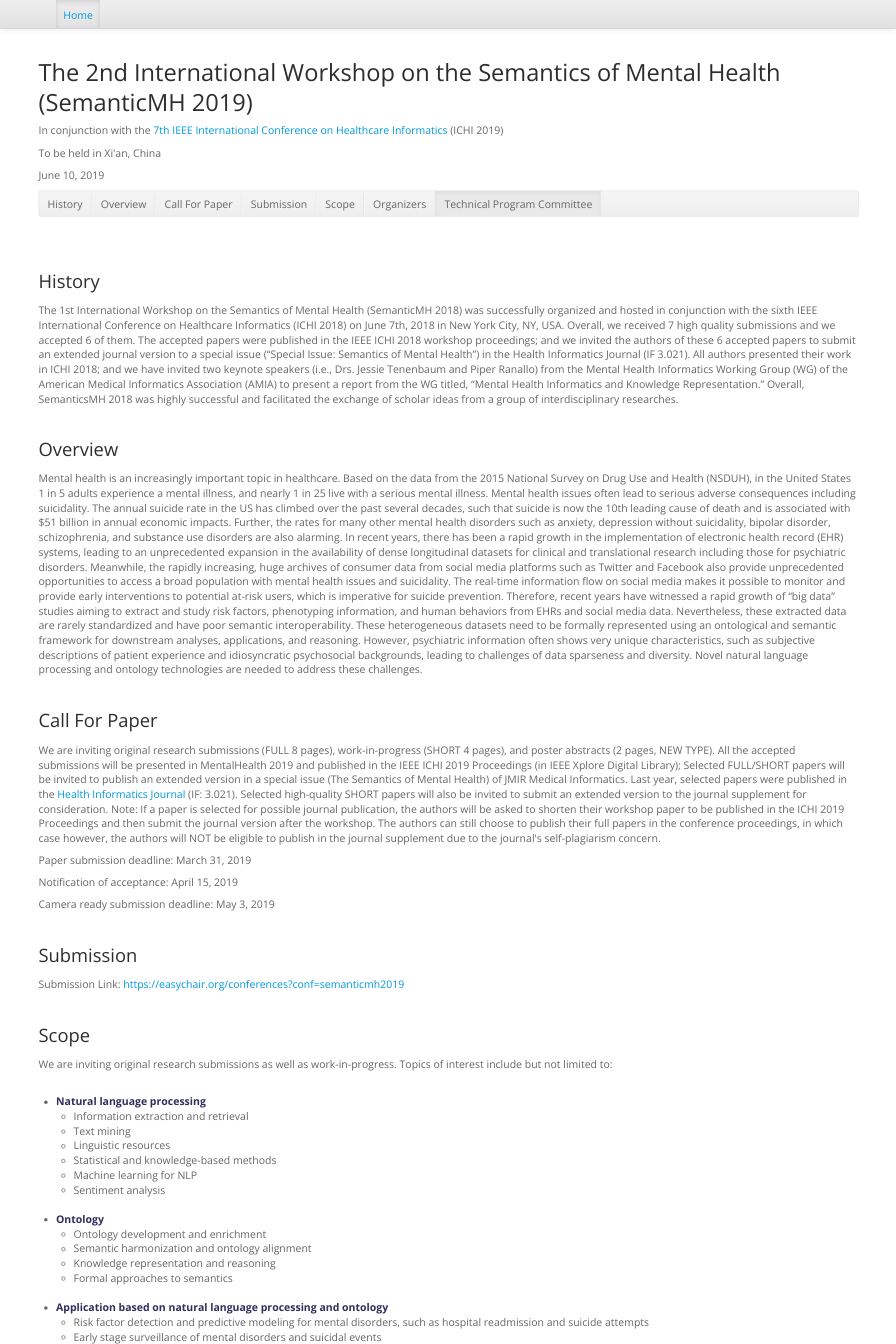
Repository: bianjiang/semantics-powered.org
Page: SemanticMH-2019/index.html
These files come from the project's save history. The page is drawn as it stood at one moment and after the next save; the edit follows.
The browser window is 1280 px wide. The pictures show the part of the page from y = 0 to 1920 px (the page is 3041 px tall), at 70% of full size.
Some web libraries are served in a nearby version.

Above is the page before, as saved 2019-11-06 13:59:49.
Console error (its wording comes from the project's code and is left out).

### SemanticMH-2019/index.html
<!DOCTYPE html>
<!--[if lt IE 7]>      <html class="no-js lt-ie9 lt-ie8 lt-ie7"> <![endif]-->
<!--[if IE 7]>         <html class="no-js lt-ie9 lt-ie8"> <![endif]-->
<!--[if IE 8]>         <html class="no-js lt-ie9"> <![endif]-->
<!--[if gt IE 8]><!-->
<html class="no-js">
<!--<![endif]-->

<head>
  <meta charset="utf-8">
  <meta http-equiv="X-UA-Compatible" content="IE=edge,chrome=1">
  <title></title>
  <meta name="description" content="">
  <meta name="viewport" content="width=device-width">

  <link rel="stylesheet" href="css/bootstrap.min.css">
  <style>
    body {
      padding-top: 60px;
      padding-bottom: 40px;
    }
  </style>
  <link rel="stylesheet" href="css/bootstrap-responsive.min.css">
  <link rel="stylesheet" href="css/main.css">

  <script src="js/vendor/modernizr-2.6.2-respond-1.1.0.min.js"></script>
</head>

<body class="preview" id="top" data-spy="scroll" data-target=".subnav" data-offset="80">
  <!--[if lt IE 7]>
            <p class="chromeframe">You are using an <strong>outdated</strong> browser. Please <a href="http://browsehappy.com/">upgrade your browser</a> or <a href="http://www.google.com/chromeframe/?redirect=true">activate Google Chrome Frame</a> to improve your experience.</p>
        <![endif]-->

  <!-- This code is taken from http://twitter.github.com/bootstrap/examples/hero.html -->

  <div class="navbar navbar-fixed-top">
    <div class="navbar-inner">
      <div class="container">

        <a class="btn btn-navbar" data-toggle="collapse" data-target=".nav-collapse">
                        <span class="icon-bar"></span>
                        <span class="icon-bar"></span>
                        <span class="icon-bar"></span>
                    </a>
        <a class="brand" href="#">&nbsp;</a>
        <div class="nav-collapse collapse">
          <ul class="nav">
            <li class="active"><a href="#">Home</a></li>
            <!--
                            <li><a href="#aboutxx">About</a></li>
                            <li><a href="#contact">Contact</a></li>
                            -->
          </ul>
        </div>

      </div>

    </div>
  </div>

  <div class="container">

    <!-- Main hero unit for a primary marketing message or call to action -->
    <!--
            <div class="hero-unit">
                <h1>Hello, world!</h1>
                <p>This is a template for a simple marketing or informational website. It includes a large callout called the hero unit and three supporting pieces of content. Use it as a starting point to create something more unique.</p>
                <p><a class="btn btn-primary btn-large">Learn more &raquo;</a></p>
            </div>
            -->
    <!-- Masthead
================================================== -->
    <header class="jumbotron subhead" id="overview">
      <div class="row">
        <div class="span12">
          <br/>
          <h2>The 2nd International Workshop on the Semantics of Mental Health (SemanticMH 2019)</h2>
          <p>In conjunction with the <a href="http://www.ieee-ichi.org/" target="_blank">7th IEEE International Conference on Healthcare Informatics</a> (ICHI 2019)</p>
          <p>To be held in Xi'an, China</p>
          <p>June 10, 2019</p>
        </div>
        <div class="span6">
          <!--
      <div class="bsa well">
          <div id="bsap_1277971" class="bsarocks bsap_c466df00a3cd5ee8568b5c4983b6bb19"></div>
      </div>
    -->
        </div>
      </div>
      <div class="subnav">
        <ul class="nav nav-pills">
          <li><a href="#history">History</a></li>
          <li><a href="#overview">Overview</a></li>
          <!-- <li><a href="#audience">Audience</a></li> -->
          <li><a href="#callforpaper">Call For Paper</a></li>
          <li><a href="#submissions">Submission</a></li>
          <!-- <li><a href="#rational">Rational</a></li>
          <li><a href="#workshopstructure">Workshop Structure</a></li> -->
          <!-- <li><a href="#publicity">Publicity</a></li> -->
          <li><a href="#scope">Scope</a></li>
          <li><a href="#organizers">Organizers</a></li>
          <li><a href="#techprogcom">Technical Program Committee</a></li>
        </ul>
      </div>
    </header>

    <section id="History">
      <div class="row">
        <div class="span12">
          <h3>History</h3>
          <p>The 1st International Workshop on the Semantics of Mental Health (SemanticMH 2018) was successfully organized and hosted in conjunction with the sixth IEEE International Conference on Healthcare Informatics (ICHI 2018) on June 7th, 2018 in New York City, NY, USA.  Overall, we received 7 high quality submissions and we accepted 6 of them.  The accepted papers were published in the IEEE ICHI 2018 workshop proceedings; and we invited the authors of these 6 accepted papers to submit an extended journal version to a special issue (“Special Issue: Semantics of Mental Health”) in the Health Informatics Journal (IF 3.021).
           All authors presented their work in ICHI 2018; and we have invited two keynote speakers (i.e., Drs. Jessie Tenenbaum and Piper Ranallo) from the Mental Health Informatics Working Group (WG) of the American Medical Informatics Association (AMIA) to present a report from the WG titled, “Mental Health Informatics and Knowledge Representation.”  Overall, SemanticsMH 2018 was highly successful and facilitated the exchange of scholar ideas from a group of interdisciplinary researches.
        </p>
        </div>
      </div>
    </section>

    <section id="overview">
      <div class="row">
        <div class="span12">
          <h3>Overview</h3>
          <p>Mental health is an increasingly important topic in healthcare.  Based on the data from the 2015 National Survey on Drug Use and Health (NSDUH), in the United States 1 in 5 adults experience a mental illness, and nearly 1 in 25 live with a serious mental illness.  Mental health issues often lead to serious adverse consequences including suicidality.  The annual suicide rate in the US has climbed over the past several decades, such that suicide is now the 10th leading cause of death and is associated with $51 billion in annual economic impacts.  Further, the rates for many other mental health disorders such as anxiety, depression without suicidality, bipolar disorder, schizophrenia, and substance use disorders are also alarming.
          In recent years, there has been a rapid growth in the implementation of electronic health record (EHR) systems, leading to an unprecedented expansion in the availability of dense longitudinal datasets for clinical and translational research including those for psychiatric disorders.  Meanwhile, the rapidly increasing, huge archives of consumer data from social media platforms such as Twitter and Facebook also provide unprecedented opportunities to access a broad population with mental health issues and suicidality. The real-time information flow on social media makes it possible to monitor and provide early interventions to potential at-risk users, which is imperative for suicide prevention. Therefore, recent years have witnessed a rapid growth of “big data” studies aiming to extract and study risk factors, phenotyping information, and human behaviors from EHRs and social media data.  Nevertheless, these extracted data are rarely standardized and have poor semantic interoperability.  These heterogeneous datasets need to be formally represented using an ontological and semantic framework for downstream analyses, applications, and reasoning.  However, psychiatric information often shows very unique characteristics, such as subjective descriptions of patient experience and idiosyncratic psychosocial backgrounds, leading to challenges of data sparseness and diversity.  Novel natural language processing and ontology technologies are needed to address these challenges.

        </p>
        </div>
      </div>
    </section>

    <!-- <section id="audience">
      <div class="row">
        <div class="span12">
          <h3>Audience</h3>
          <p>The goal of this workshop is to bring experts in the field of natural language processing, knowledge representation, knowledge management, and health data analytics to discuss innovative analytical methods, applications, and tools to address problems in mental health.
        </p>
        </div>
      </div>
    </section> -->

    <section id="callforpaper">
      <div class="row">
        <div class="span12">
          <h3>Call For Paper</h3>
          <p>We are inviting original research submissions (FULL 8 pages), work-in-progress (SHORT 4 pages), and poster abstracts (2 pages, NEW TYPE).
              All the accepted submissions will be presented in MentalHealth 2019 and published in the IEEE ICHI 2019 Proceedings (in IEEE Xplore Digital Library); Selected FULL/SHORT papers will be invited to publish an extended version in a special issue (The Semantics of Mental Health) of JMIR Medical Informatics.  Last year, selected papers were published in the <a href="http://journals.sagepub.com/home/jhi" target="_blank">Health Informatics Journal</a> (IF: 3.021). Selected high-quality SHORT papers will also be invited to submit an extended version to the journal supplement for consideration.
              Note: If a paper is selected for possible journal publication, the authors will be asked to shorten their workshop paper to be published in the ICHI 2019 Proceedings and then submit the journal version after the workshop. The authors can still choose to publish their full papers in the conference proceedings, in which case however, the authors will NOT be eligible to publish in the journal supplement due to the journal's self-plagiarism concern.
              <!-- <p>Paper submission deadline: March 15, 2019</p> -->
              <p>Paper submission deadline: March 31, 2019</p>
              <p>Notification of acceptance: April 15, 2019</p>
              <p>Camera ready submission deadline: May 3, 2019</p>
        </p>
        </div>
      </div>
    </section>

    <section id="submissions">
      <div class="row">
        <div class="span12">
          <h3>Submission</h3>
          <p>Submission Link: <a href="https://easychair.org/conferences?conf=semanticmh2019" target="_blank">https://easychair.org/conferences?conf=semanticmh2019</a></p>
        </div>
      </div>
    </section>
    <!-- <section id="rational">
      <div class="row">
        <div class="span12">
          <h3>Rational</h3>
          <p>Our proposed workshop aims to provide an international platform for the researchers and scientists in the mental health communities to demonstrate research progresses, share ideas, address questions, and promote collaborations for better representation and analysis of mental health-related terminologies and clinical and research data.
        </p>
        </div>
      </div>
    </section> -->

    <!-- <section id="workshopstructure">
      <div class="row">
        <div class="span12">
          <h3>Workshop Structure</h3>
          <p>We propose a half-day SemanticMH workshop for this year. We will arrange 3 hours for paper presentations and 1 hour for extensive discussions. Different sessions will be arranged based on the topics of presentations. Depending on the number of papers accepted for presentation, each paper presentation will be restricted to 10-25 minutes for a full-length paper, and 5-15 minutes for a short-length paper. All the papers will be submitted and handled through EasyChair and go through peer reviews by at least two reviewers. After the full papers are accepted, we will work with the Health Informatics editors and reviewers to decide which papers will be formally invited for extension to be included in a thematic series in the Health Informatics journal.
        </p>
        </div>
      </div>
    </section>


    <section id="publicity">
      <div class="row">
        <div class="span12">
          <h3>Publicity</h3>
          <p>Various methods will be used for advertisement, including: (i) posting in email mailing lists and through private emails; (ii) creating a workshop discussion email list address and using it for sharing news and posting, (iii) posting in influential websites, (iv) phone calls to colleagues and friends who may be interested, (v) generating a workshop website dedicated to this event, and inviting potential attendees to visit, and (vi) generating a social networking website in LinkedIn to attract public attention, participation, and discussion. The main difference between the workshop website and the LinkedIn website will be that the workshop website is dedicated for posting the workshop information, and the LinkedIn website is used for social networking.
        </p>
        </div>
      </div>
    </section> -->

    <section id="scope">

      <div class="row">
        <div class="span12">
          <h3>Scope</h3>
          <p>We are inviting original research submissions as well as work-in-progress.
            Topics of interest include but not limited to:
          </p>
          <br>
          <ul>
            <li>
              <b>Natural language processing</b>
              <ul>
                <li>Information extraction and retrieval </li>
                <li>Text mining</li>
                <li>Linguistic resources</li>
                <li>Statistical and knowledge-based methods</li>
                <li>Machine learning for NLP</li>
                <li>Sentiment analysis</li>
              </ul>
            </li>
            <br>
            <li>
              <b>Ontology</b>
              <ul>
                <li>Ontology development and enrichment </li>
                <li>Semantic harmonization and ontology alignment</li>
                <li>Knowledge representation and reasoning</li>
                <li>Formal approaches to semantics</li>
              </ul>
            </li>
            <br>
            <li>
              <b>Application based on natural language processing and ontology</b>
              <ul>
                <li>Risk factor detection and predictive modeling for mental disorders, such as hospital readmission and suicide attempts</li>
                <li>Early stage surveillance of mental disorders and suicidal events </li>
                <li>Algorithmic phenotyping and cohort identification </li>
              </ul>
            </li>
          </ul>


        </div>
      </div>
    </section>

    <section id="organizers">
      <div class="row">
        <div class="span12">
          <h3>Organizers</h3>
          <p><b>Jiang Bian, PhD</b>, Department of Health Outcomes & Biomedical Informatics, College of Medicine, University of Florida, Gainesville, Florida, USA</p>
          <p><b>Cui Tao, PhD</b>, School of Biomedical Informatics, The University of Texas Health Science Center, Houston, Texas, USA</p>
          <p><b>Jennifer Dahne, PhD</b>, Department of Psychiatry and Behavioral Sciences, Medical University of South Carolina, Charleston, South Carolina, USA</p>
          <p><b>Yaoyun Zhang, PhD</b>, School of Biomedical Informatics, University of Texas Health Center at Houston, USA</p></p>
          <p><b>Yi Guo, PhD</b>, Department of Health Outcomes & Biomedical Informatics, College of Medicine, University of Florida, Gainesville, Florida, USA</p></p>
        </div>
      </div>
    </section>

    <section id="techprogcom">
      <div class="row">
        <div class="span12">
          <h3>Technical Program Committee</h3>
          <p>Comming Soon...</p>
        </div>
      </div>
    </section>

    <section id="schedule">
      <div class="row">
        <div class="span12">
          <h3>Workshop Schedule</h3>
          <div>
            <style type="text/css">
              .tg  {border-collapse:collapse;border-spacing:0;}
              .tg td{font-family:Arial, sans-serif;font-size:14px;padding:10px 5px;border-style:solid;border-width:1px;overflow:hidden;word-break:normal;border-color:black;}
              .tg th{font-family:Arial, sans-serif;font-size:14px;font-weight:normal;padding:10px 5px;border-style:solid;border-width:1px;overflow:hidden;word-break:normal;border-color:black;}
              .tg .tg-s6z2{text-align:center}
              .tg .tg-baqh{text-align:center;vertical-align:top}
              .tg .tg-j8xs{font-weight:bold;font-size:18px;background-color:#c0c0c0;text-align:center;vertical-align:top}
              .tg .tg-hgcj{font-weight:bold;text-align:center}
              .tg .tg-amwm{font-weight:bold;text-align:center;vertical-align:top}
              .tg .tg-s268{text-align:left}
              .tg .tg-0lax{text-align:left;vertical-align:top}
              .tg .tg-8zwo{font-style:italic;text-align:left;vertical-align:top}
              </style>
              <table class="tg" style="undefined;table-layout:fixed;width:876px;">
              <colgroup>
              <col style="width: 141px">
              <col style="width: 609px">
              <col style="width: 126px">
              </colgroup>
                <tr>
                  <th class="tg-j8xs" colspan="3">The 2nd International Workshop on the Semantics of Mental Health</th>
                </tr>
                <tr>
                  <td class="tg-hgcj">Time</td>
                  <td class="tg-hgcj">Title</td>
                  <td class="tg-amwm">Presenter</td>
                </tr>
                <tr>
                  <td class="tg-s6z2">14:00 pm - 14:05 pm</td>
                  <td class="tg-s268">Introduction to the workshop</td>
                  <td class="tg-0lax"><a target="_blank" href="https://hobi.med.ufl.edu/about/faculty-directory-2/bian-jiang/">Jiang Bian, Ph.D.</a></td>
                </tr>
                <tr>
                  <td class="tg-s6z2">14:05 pm - 14:50 pm</td>
                  <td class="tg-s268">Keynote</td>
                  <td class="tg-0lax"><a target="_blank" href="https://dbe.med.upenn.edu/biostat-research/YongChen">Yong Chen, Ph.D.</a></td>
                </tr>
                <tr>
                  <td class="tg-baqh">14:50 pm - 15:10 pm</td>
                  <td class="tg-8zwo">Assessing depression risk in Chinese microblogs: a corpus and machine learning methods</td>
                  <td class="tg-0lax">Shuai Chen</td>
                </tr>
                <tr>
                  <td class="tg-baqh">15:10 pm - 15:30 pm</td>
                  <td class="tg-8zwo">Analysis of Twitter to Identify Topics Related to Eating Disorder Symptoms</td>
                  <td class="tg-0lax">Sicheng Zhou</td>
                </tr>
                <tr>
                  <td class="tg-baqh">15:30 pm - 16:00 pm</td>
                  <td class="tg-amwm">Coffee Break</td>
                  <td class="tg-0lax"></td>
                </tr>
                <tr>
                  <td class="tg-baqh">16:00 pm - 16:20 pm</td>
                  <td class="tg-8zwo">PSPS: A pharmacological substances prediction system based on biomedical literature,data</td>
                  <td class="tg-0lax">Jinhe Gao</td>
                </tr>
                <tr>
                  <td class="tg-baqh">16:20 pm - 16:40 pm</td>
                  <td class="tg-8zwo">Combining Clinical Data and Domain Knowledge for Analyzing Mental Disorder Concept Relatedness,and Usage</td>
                  <td class="tg-0lax">Dou Wei</td>
                </tr>
                <tr>
                  <td class="tg-baqh">16:40 pm - 17:00 pm</td>
                  <td class="tg-8zwo">STAT: A Web-based Semantic Text Annotation Tool to Assist Building Mental Health Knowledge Base</td>
                  <td class="tg-0lax">Xing He</td>
                </tr>
                <tr>
                  <td class="tg-baqh">17:00 pm - 17:20 pm</td>
                  <td class="tg-8zwo">Systematic Design of Drug Repurposing-oriented Alzheimer’s Disease Ontology</td>
                  <td class="tg-0lax">Cui Tao</td>
                </tr>
              </table>
          </div>
        </div>
      </div>
    </section>
    <hr>
    <h4><b>Contact:</b> Jiang Bian; <a href="mailto:bianjiang@ufl.edu">bianjiang@ufl.edu</a></h4>
    <footer>
      <p>&copy; SemanticMH 2019</p>
    </footer>

  </div>
  <!-- /container -->

  <script src="//ajax.googleapis.com/ajax/libs/jquery/1.9.1/jquery.min.js"></script>
  <script>
    window.jQuery || document.write('<script src="js/vendor/jquery-1.9.1.min.js"><\/script>')
  </script>

  <script src="js/vendor/bootstrap.min.js"></script>

  <script src="js/plugins.js"></script>
  <script src="js/main.js"></script>
  <script>
      (function (i, s, o, g, r, a, m) {
i['GoogleAnalyticsObject'] = r; i[r] = i[r] || function () {
        (i[r].q = i[r].q || []).push(arguments)
      }, i[r].l = 1 * new Date(); a = s.createElement(o),
        m = s.getElementsByTagName(o)[0]; a.async = 1; a.src = g; m.parentNode.insertBefore(a, m)
      })(window, document, 'script', 'https://www.google-analytics.com/analytics.js', 'ga');

    ga('create', 'UA-50982144-4', 'auto');
    ga('send', 'pageview');
  </script>
</body>

</html>

Loaded but not shown: SemanticMH-2019/css/bootstrap.min.css (library); SemanticMH-2019/css/bootstrap-responsive.min.css (library); SemanticMH-2019/js/vendor/modernizr-2.6.2-respond-1.1.0.min.js (library); SemanticMH-2019/js/vendor/bootstrap.min.js (library); SemanticMH-2019/js/main.js (95 lines, source omitted); SemanticMH-2019/js/plugins.js (24 lines, source omitted); SemanticMH-2019/css/main.css (463 lines, source omitted)

After the next save:
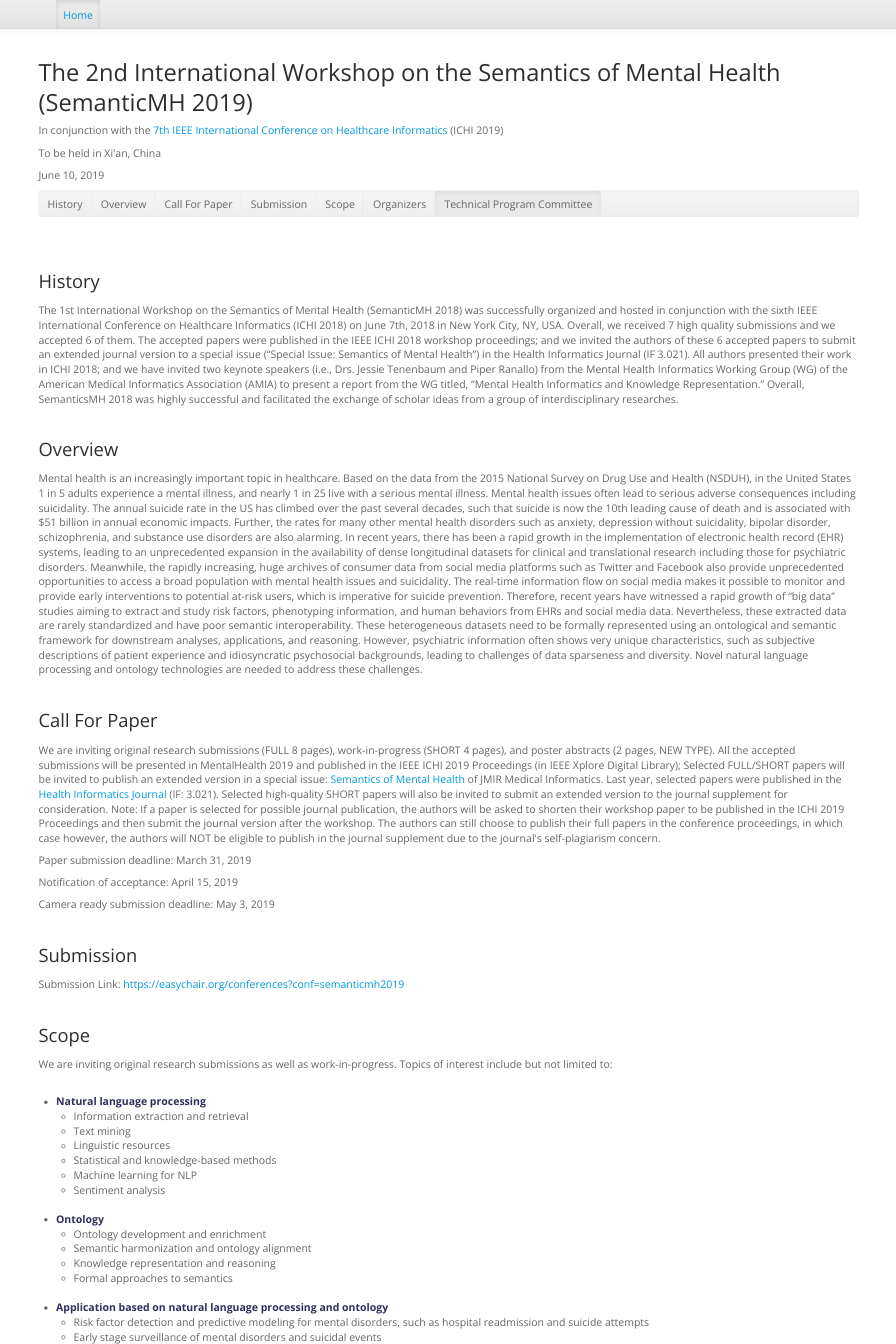
Saved 70 s later.
--- a/SemanticMH-2019/index.html
+++ b/SemanticMH-2019/index.html
@@ -142,7 +142,7 @@
         <div class="span12">
           <h3>Call For Paper</h3>
           <p>We are inviting original research submissions (FULL 8 pages), work-in-progress (SHORT 4 pages), and poster abstracts (2 pages, NEW TYPE).
-              All the accepted submissions will be presented in MentalHealth 2019 and published in the IEEE ICHI 2019 Proceedings (in IEEE Xplore Digital Library); Selected FULL/SHORT papers will be invited to publish an extended version in a special issue (The Semantics of Mental Health) of JMIR Medical Informatics.  Last year, selected papers were published in the <a href="http://journals.sagepub.com/home/jhi" target="_blank">Health Informatics Journal</a> (IF: 3.021). Selected high-quality SHORT papers will also be invited to submit an extended version to the journal supplement for consideration.
+              All the accepted submissions will be presented in MentalHealth 2019 and published in the IEEE ICHI 2019 Proceedings (in IEEE Xplore Digital Library); Selected FULL/SHORT papers will be invited to publish an extended version in a special issue: <a href="https://medinform.jmir.org/announcement/view/190">Semantics of Mental Health</a> of JMIR Medical Informatics.  Last year, selected papers were published in the <a href="http://journals.sagepub.com/home/jhi" target="_blank">Health Informatics Journal</a> (IF: 3.021). Selected high-quality SHORT papers will also be invited to submit an extended version to the journal supplement for consideration.
               Note: If a paper is selected for possible journal publication, the authors will be asked to shorten their workshop paper to be published in the ICHI 2019 Proceedings and then submit the journal version after the workshop. The authors can still choose to publish their full papers in the conference proceedings, in which case however, the authors will NOT be eligible to publish in the journal supplement due to the journal's self-plagiarism concern.
               <!-- <p>Paper submission deadline: March 15, 2019</p> -->
               <p>Paper submission deadline: March 31, 2019</p>
